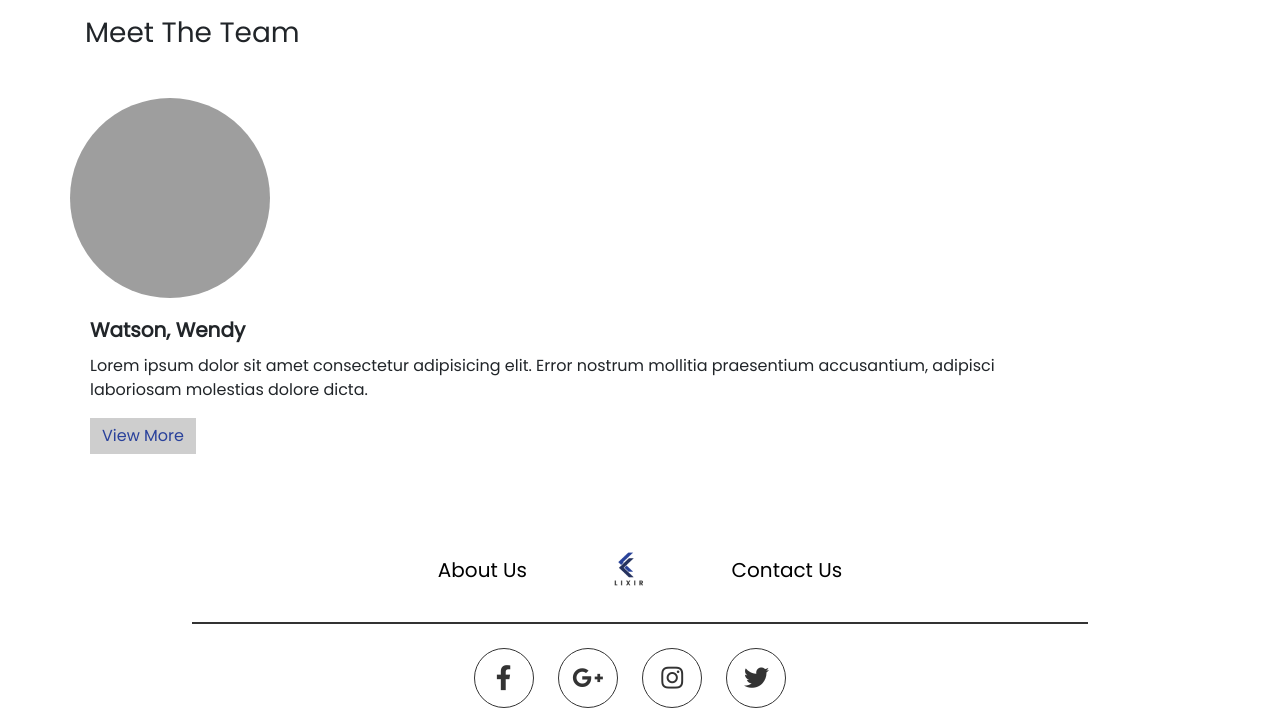
Repository: phiiileo/lit-page
Page: team-page.html
The author's editor kept a copy of each file at every save. The page is drawn from the files as they stood at one save, then again after a run of saves.
The browser window is 1280 px wide. The pictures show the whole page.
Pictures or frames that could not be fetched are drawn as grey boxes. Some web libraries are served in a nearby version.

Above is the page before, as saved 2019-12-04 21:28:06.

After the next 2 saves:
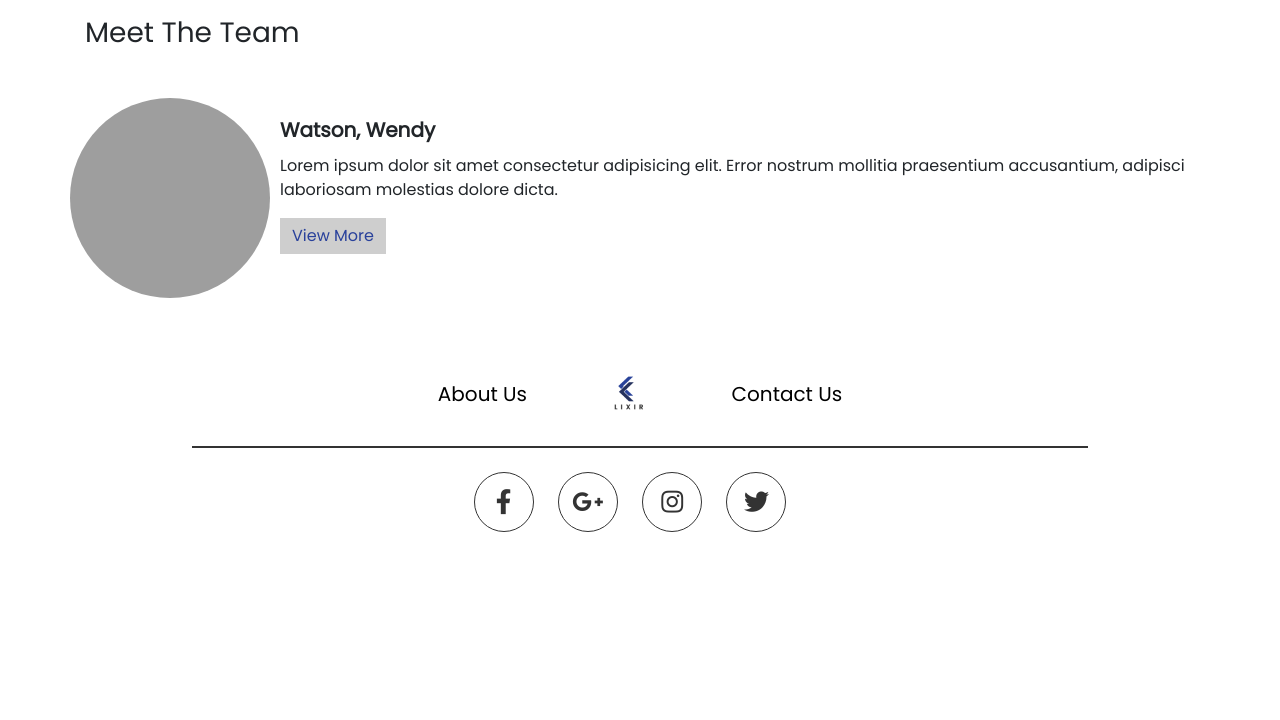
The 2 saves are shown as one change because they came seconds apart.
The last was saved 5 s later.
--- a/team-page.html
+++ b/team-page.html
@@ -28,7 +28,7 @@
     <div class="row row-cols-1 row-cols-md-1 mt-5 mb-5">
         <div class="card">
             <div class="row no-gutters">
-                <div class="col-md-4">
+                <div class="col-md-2">
                     <img src="https://res.cloudinary.com/gboyega/image/upload/v1575387409/grillspot/profile-placeholder_kqu2no.png" alt="profileImage" class=" card-img team-image img-responsive">
                 </div>
                 <div class="col-md-10">
